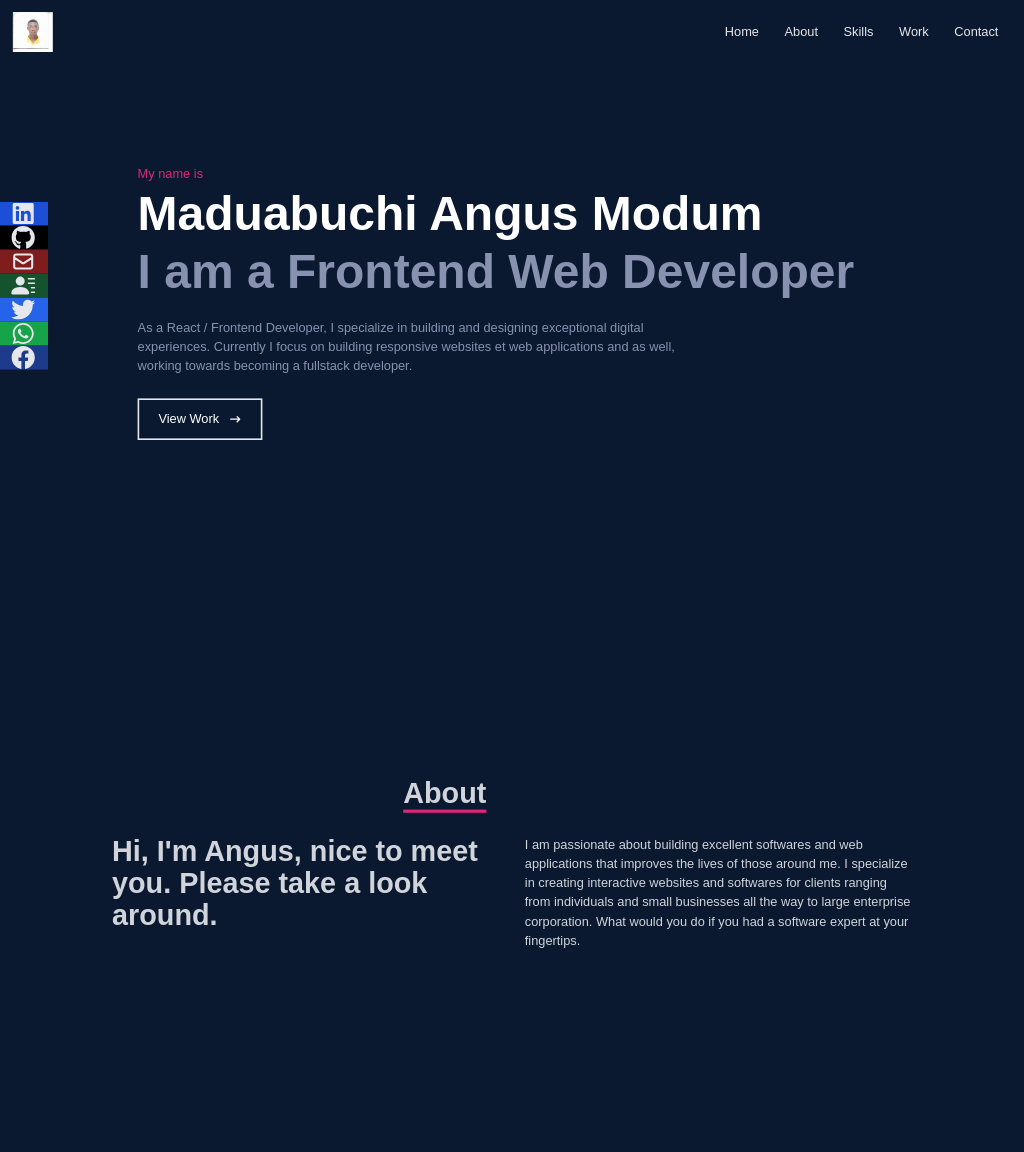
Repository: AngusOnyebuchi/Dashboard
Page: /
These files come from the project's save history. The page is drawn as it stood at one moment and after the next save; the edit follows.
The browser window is 1280 px wide. The pictures show the whole page, at 80% of full size.
The project was rebuilt for these pictures with package versions that can differ from the ones it lists, and the page was loaded fresh each time.

Above is the page before, as saved 2022-04-14 11:20:29.

### public/index.html
<!DOCTYPE html>
<html lang="en">
  <head>
    <meta charset="utf-8" />
    <link rel="icon" href="%PUBLIC_URL%/favicon.ico" />
    <meta name="viewport" content="width=device-width, initial-scale=1" />
    <meta name="theme-color" content="#000000" />
    <meta
      name="description"
      content="Web site created using create-react-app"
    />
    <link rel="apple-touch-icon" href="%PUBLIC_URL%/logo192.png" />
    <!--
      manifest.json provides metadata used when your web app is installed on a
      user's mobile device or desktop. See https://developers.google.com/web/fundamentals/web-app-manifest/
    -->
    <link rel="manifest" href="%PUBLIC_URL%/manifest.json" />
    <!--
      Notice the use of %PUBLIC_URL% in the tags above.
      It will be replaced with the URL of the `public` folder during the build.
      Only files inside the `public` folder can be referenced from the HTML.

      Unlike "/favicon.ico" or "favicon.ico", "%PUBLIC_URL%/favicon.ico" will
      work correctly both with client-side routing and a non-root public URL.
      Learn how to configure a non-root public URL by running `npm run build`.
    -->
    <title>Angus Portfolio</title>
  </head>
  <body>
    <noscript>You need to enable JavaScript to run this app.</noscript>
    <div id="root"></div>
    <!--
      This HTML file is a template.
      If you open it directly in the browser, you will see an empty page.

      You can add webfonts, meta tags, or analytics to this file.
      The build step will place the bundled scripts into the <body> tag.

      To begin the development, run `npm start` or `yarn start`.
      To create a production bundle, use `npm run build` or `yarn build`.
    -->
  </body>
</html>

### src/index.js
import React from "react";
import ReactDOM from "react-dom";
import "./style.css"
import App from "./App";

ReactDOM.render(<App/>, document.getElementById("root"))

### src/style.css
@tailwind base;
@tailwind components;
@tailwind utilities;

@layer base {
    body{
        @apply font-[Sans-serif];
    }
    li {
        @apply px-4;
        @apply cursor-pointer;
    }
}

### src/App.js
import React from "react";
import NavBar from "./components/NavBar"
import Home from "./components/Home"
import About from "./components/About"

export default function App() {
    return (
        <div>
          <NavBar/>
          <Home/>
          <About/>
        </div>
    )
}

### src/components/NavBar.js
import React, {useState} from "react";
import {FaBars, FaTimes, FaGithub, FaFacebook, FaTwitter, FaWhatsapp, FaLinkedin} from "react-icons/fa"
import {HiOutlineMail} from "react-icons/hi"
import {BsFillPersonLinesFill} from "react-icons/bs"
import Logo from "../images/passport.jpg"

export default function NavBar() {

  const [nav, setNav] = useState(true)
  const handleClick = () => setNav(!nav)
  return(
    <div className="fixed w-full h-[80px] flex justify-between items-center px-4 bg-[#0a192f] text-gray-200 ">

       <div>
          <img src={Logo} alt="Logo Image" style={{width: "50px"}}/>
       </div>

         {/* Menu */}
         <ul className="hidden md:flex">
            <li>Home</li>
            <li>About</li>
            <li>Skills</li>
            <li>Work</li>
            <li>Contact</li>
         </ul>

       {/* Hamburger */}
       <div onClick={handleClick} className="md:hidden z-10">
          {nav ? <FaBars/> : <FaTimes/>}
       </div>

       {/* Mobile menu*/}
       <ul className={nav ? "hidden" : "absolute top-0 left-0 w-full h-screen bg-inherit flex flex-col justify-center items-center md:hidden"}>
            <li className="py-6 text-4xl">Home</li>
            <li className="py-6 text-4xl">About</li>
            <li className="py-6 text-4xl">Skills</li>
            <li className="py-6 text-4xl">Work</li>
            <li className="py-6 text-4xl">Contact</li>
       </ul>

       {/**Social Icons */}
       <div className="hidden lg:flex fixed flex-col top-[35%] left-0">
         <ul>

           <li className="w-[160px] h-60px flex justify-between items-center ml-[-100px] hover:ml-[-10px] duration-300 bg-blue-700">
             <a className="flex justify-between items-center w-full text-gray-200 "
                href="/">
               LinkedIn <FaLinkedin size={30}/>
             </a>
           </li>

           <li className="w-[160px] h-60px flex justify-between items-center ml-[-100px] hover:ml-[-10px] duration-300 bg-black">
             <a className="flex justify-between items-center w-full text-gray-200 "
                href="/">
               Github <FaGithub size={30}/>
             </a>
           </li>

           <li className="w-[160px] h-60px flex justify-between items-center ml-[-100px] hover:ml-[-10px] duration-300 bg-red-900">
             <a className="flex justify-between items-center w-full text-gray-200 "
                href="/">
               Email <HiOutlineMail size={30}/>
             </a>
           </li>

           <li className="w-[160px] h-60px flex justify-between items-center ml-[-100px] hover:ml-[-10px] duration-300 bg-green-900">
             <a className="flex justify-between items-center w-full text-gray-200 "
                href="/">
               Resume <BsFillPersonLinesFill size={30}/>
             </a>
           </li>

           <li className="w-[160px] h-60px flex justify-between items-center ml-[-100px] hover:ml-[-10px] duration-300 bg-blue-600">
             <a className="flex justify-between items-center w-full text-gray-200 "
                href="/">
               Twitter <FaTwitter size={30}/>
             </a>
           </li>

           <li className="w-[160px] h-60px flex justify-between items-center ml-[-100px] hover:ml-[-10px] duration-300 bg-green-600">
             <a className="flex justify-between items-center w-full text-gray-200 "
                href="/">
               Whatsapp <FaWhatsapp size={30}/>
             </a>
           </li>

           <li className="w-[160px] h-60px flex justify-between items-center ml-[-100px] hover:ml-[-10px] duration-300 bg-blue-900">
             <a className="flex justify-between items-center w-full text-gray-200 "
                href="/">
               Facebook <FaFacebook size={30}/>
             </a>
           </li>

         </ul>
       </div>

    </div>
  )
}

### src/components/Home.js
import React from "react";
import { HiArrowNarrowRight} from "react-icons/hi"

export default function Home() {
    return (
        <div name="home" className="w-full h-screen bg-[#0a192f] ">

            {/** Container */}
            <div className="max-w-[1000px] mx-auto px-8 flex flex-col justify-center h-full">
               <p className="text-pink-600 mt-12 mb-2">My name is</p>
               <h1 className="text-3xl sm:text-6xl font-bold text-white">Maduabuchi Angus Modum</h1>
               <h2 className="text-4xl sm:text-6xl font-bold text-[#8892b0] py-3">I am a Frontend Web Developer </h2>
               <p className="text-[#8892b0] py-4 max-w-[700px]">As a React / Frontend Developer, I specialize in building and designing exceptional digital experiences. Currently I focus on building responsive websites et web applications and as well, working towards becoming a fullstack developer.</p>
               <div>
                   <button className="group text-white border-2 px-6 py-3 my-3 flex items-center hover:bg-pink-600 hover:border-pink-600">View Work
                   <span className="group-hover:rotate-90 duration-300"><HiArrowNarrowRight className="ml-3 "/></span> </button>
               </div>
            </div>
        </div>
    )
}

### src/components/About.js
import React from "react";
import {HiArrowNarrowRight} from "react-icons/hi"

export default function About() {
    return(
        <div name="about" className="w-full h-screen bg-[#0a192f] text-gray-300">
            <div className="flex flex-col justify-center items-center w-full h-full">
                <div className="max-w-[1000px] w-full px-2 grid grid-cols-2 gap-8">
                    <div className="sm:text-right pb-8 pr-4">
                        <p className="text-4xl font-bold inline border-b-4 border-pink-600">About</p>
                    </div>
                    <div></div>
                </div>
                <div className="max-w-[1000px] w-full grid grid-cols-2 gap-8">
                    <div className="text-4xl font-bold">
                        <p>Hi, I'm Angus, nice to meet you. Please take a look around.</p>
                    </div>
                    <div>
                        <p>I am passionate about building excellent softwares and web applications that improves the lives of those around me.
                            I specialize in creating interactive websites and softwares for clients ranging from individuals and small businesses
                            all the way to large enterprise corporation. What would you do if you had a software expert at your fingertips.
                        </p>
                    </div>
                </div>
            </div>
        </div>
    )
}

Loaded but not shown: tailwind.config.js (common file)

After the next save:
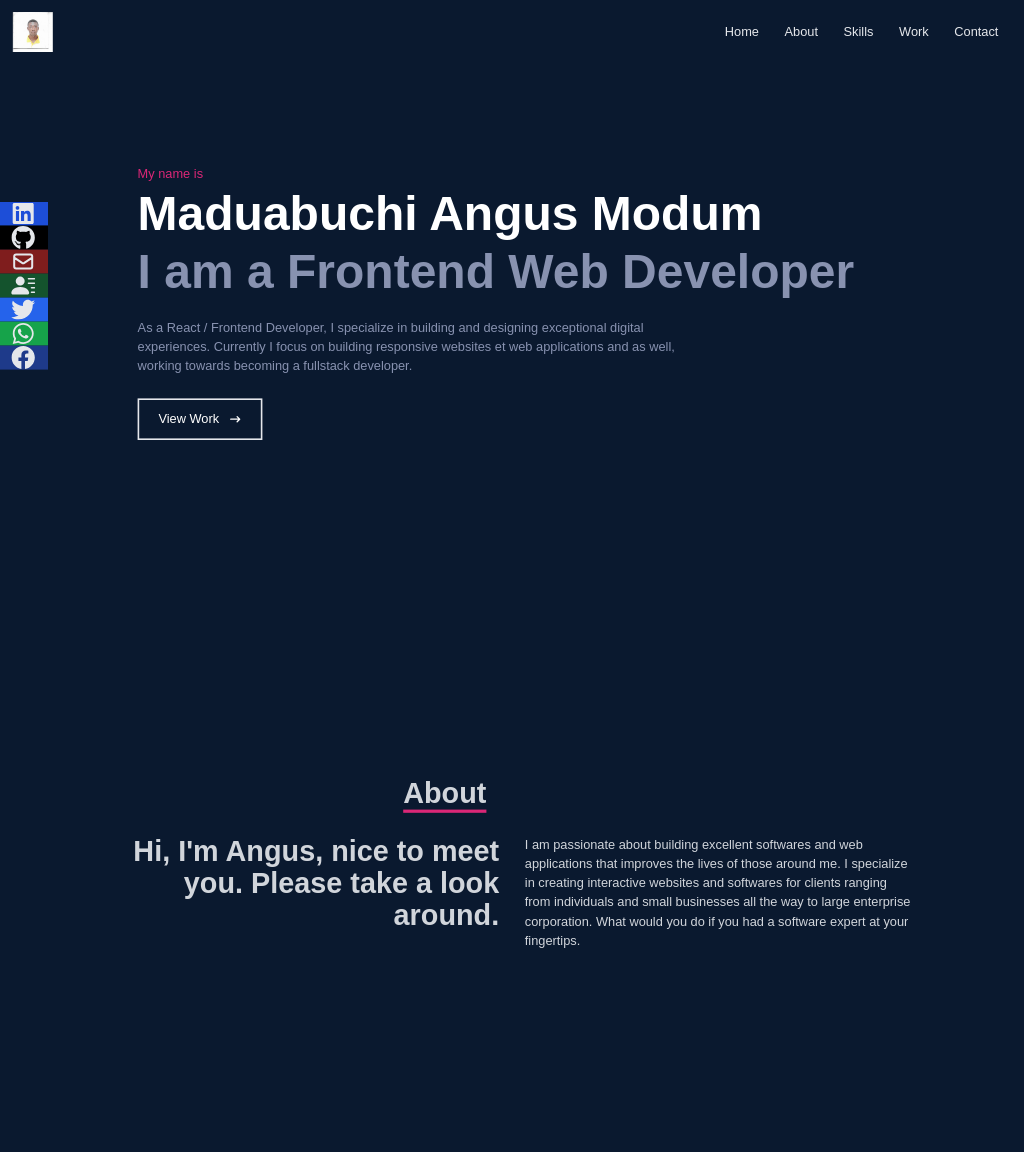
Saved 92 s later.
--- a/src/components/About.js
+++ b/src/components/About.js
@@ -12,7 +12,7 @@ export default function About() {
                     <div></div>
                 </div>
                 <div className="max-w-[1000px] w-full grid grid-cols-2 gap-8">
-                    <div className="text-4xl font-bold">
+                    <div className="sm: text-right text-4xl font-bold">
                         <p>Hi, I'm Angus, nice to meet you. Please take a look around.</p>
                     </div>
                     <div>
